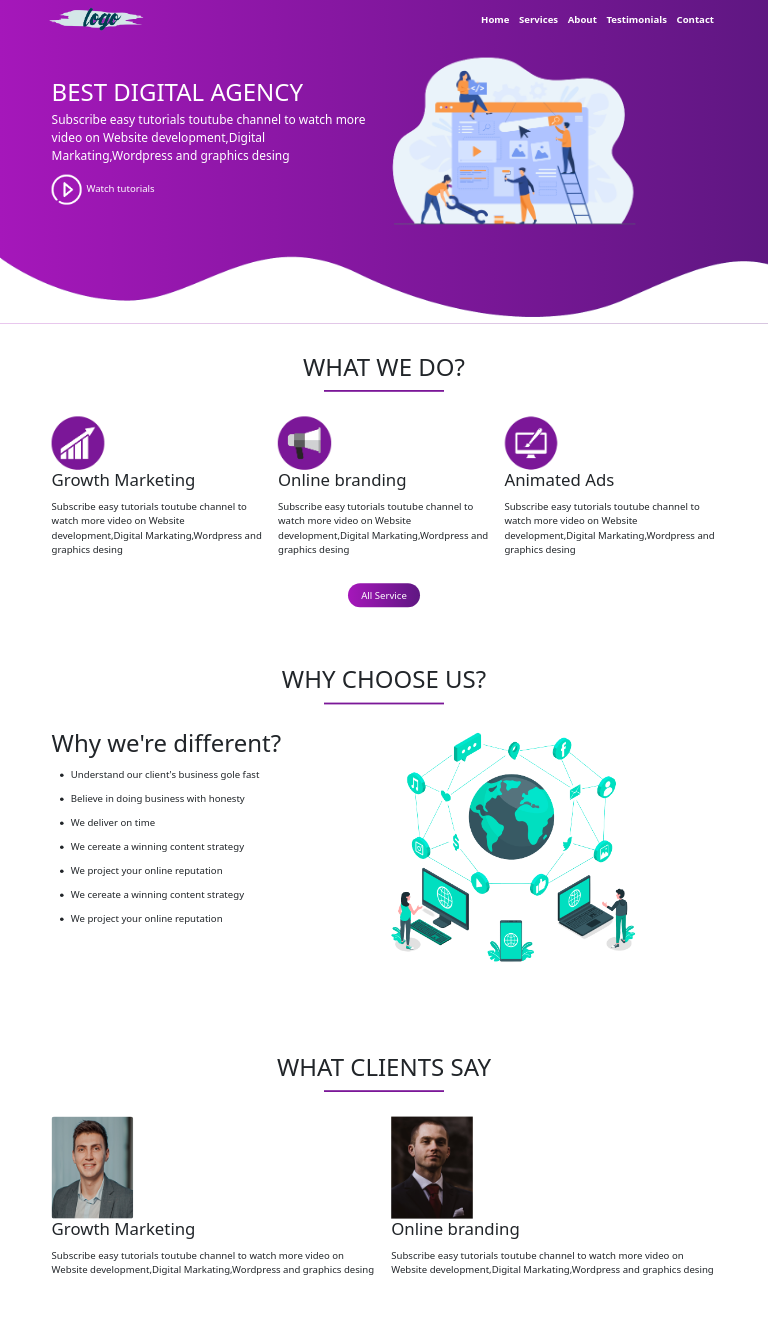
Repository: zjria/PSD-to-HTML-DIGITAL-AGENCY
Page: index.html
These files come from the project's save history. The page is drawn as it stood at one moment and after the next save; the edit follows.
The browser window is 1280 px wide. The pictures show the whole page, at 60% of full size.
Some web libraries are served in a nearby version.

Above is the page before, as saved 2022-05-11 09:00:46.

After the next save:
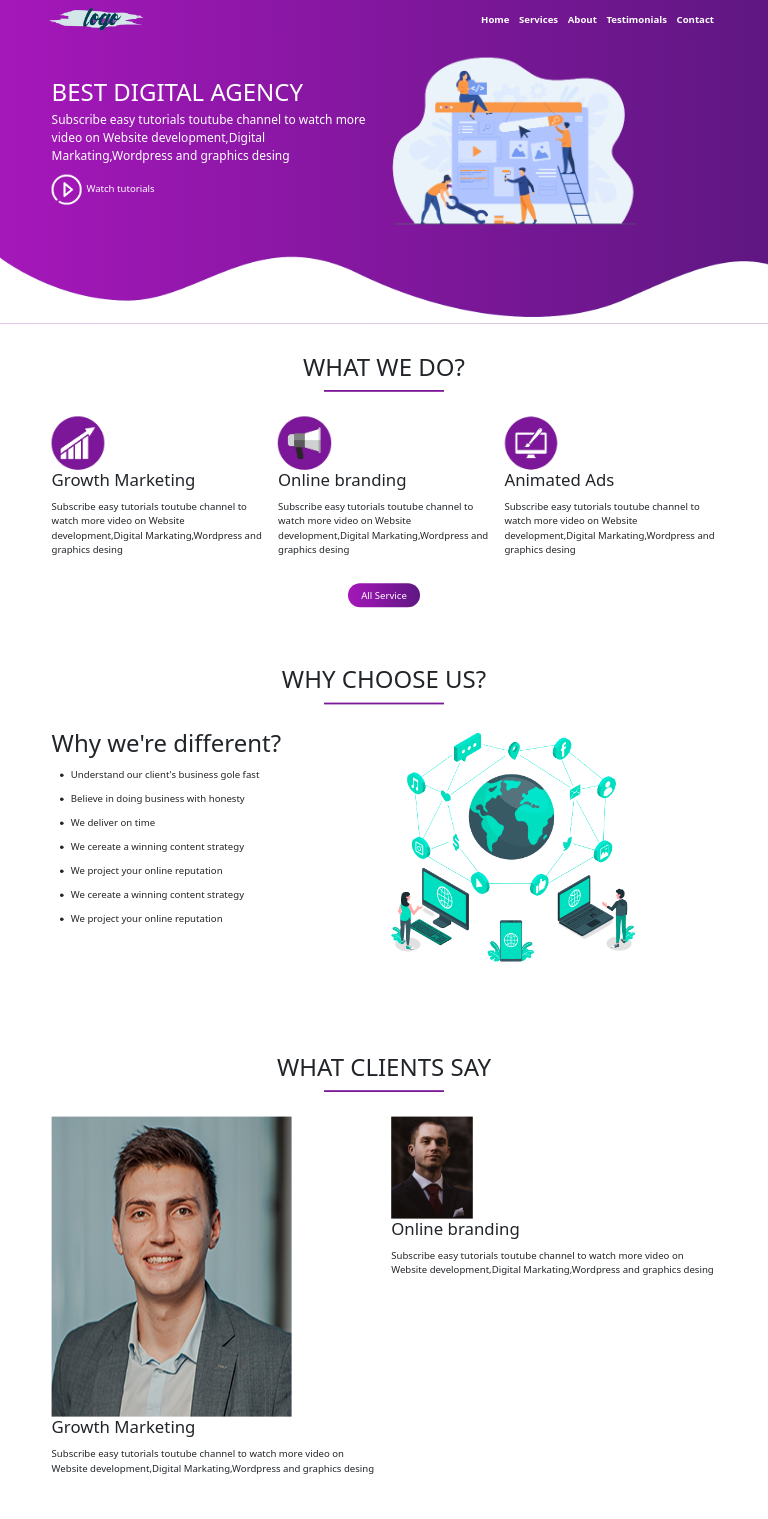
Saved 55 s later.
--- a/index.html
+++ b/index.html
@@ -135,7 +135,7 @@
         </div>
         <div class="row mt-5">
           <div class="col-12 col-md-6 mb-2">
-            <img src="img/man-1.png" alt="" class="img-fluid w-25 rounded-3">
+            <img src="img/man-1.png" alt="" class="img-fluid">
             <h3 class="mb-3">Growth Marketing</h3>
             <p>
               Subscribe easy tutorials toutube channel to watch more video on Website development,Digital Markating,Wordpress and graphics desing</p>

After the save that followed:
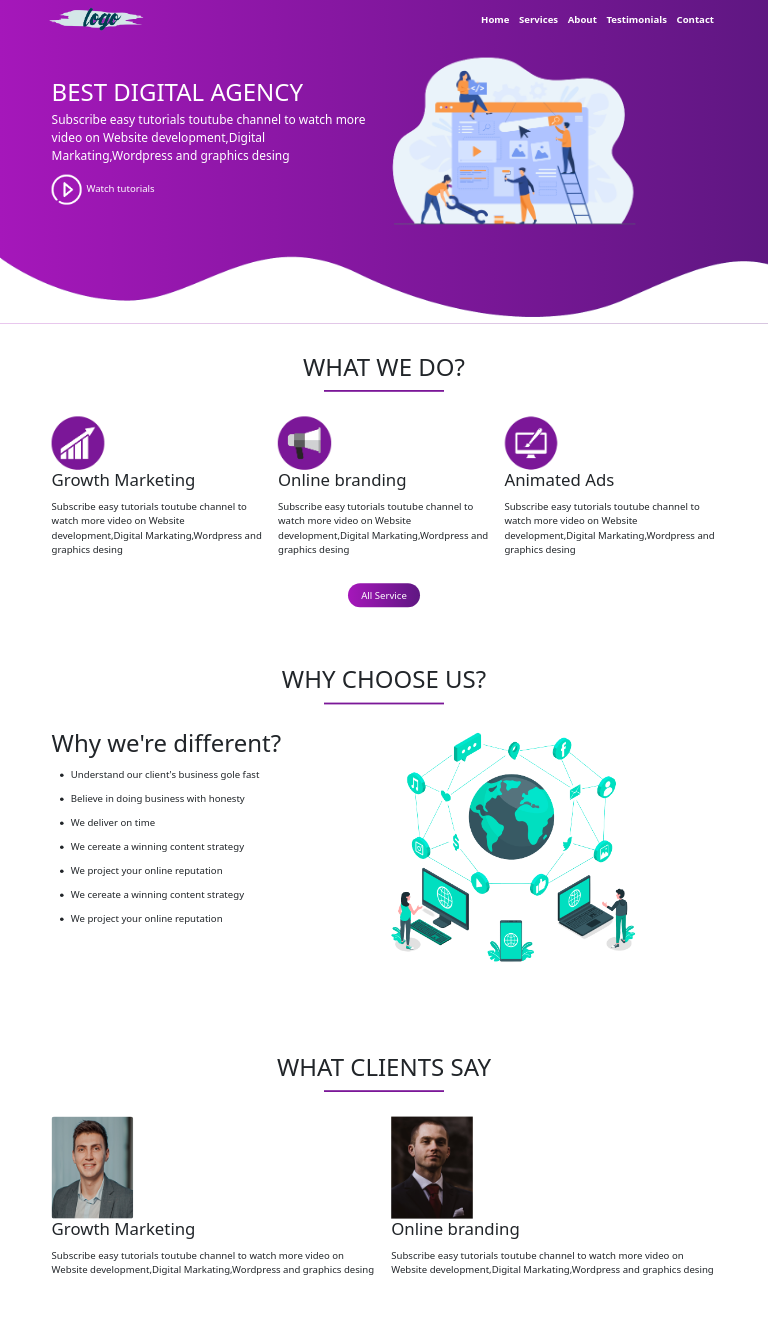
Saved 5 s later.
--- a/index.html
+++ b/index.html
@@ -135,7 +135,7 @@
         </div>
         <div class="row mt-5">
           <div class="col-12 col-md-6 mb-2">
-            <img src="img/man-1.png" alt="" class="img-fluid">
+            <img src="img/man-1.png" alt="" class="img-fluid w-25 rounded-3">
             <h3 class="mb-3">Growth Marketing</h3>
             <p>
               Subscribe easy tutorials toutube channel to watch more video on Website development,Digital Markating,Wordpress and graphics desing</p>
